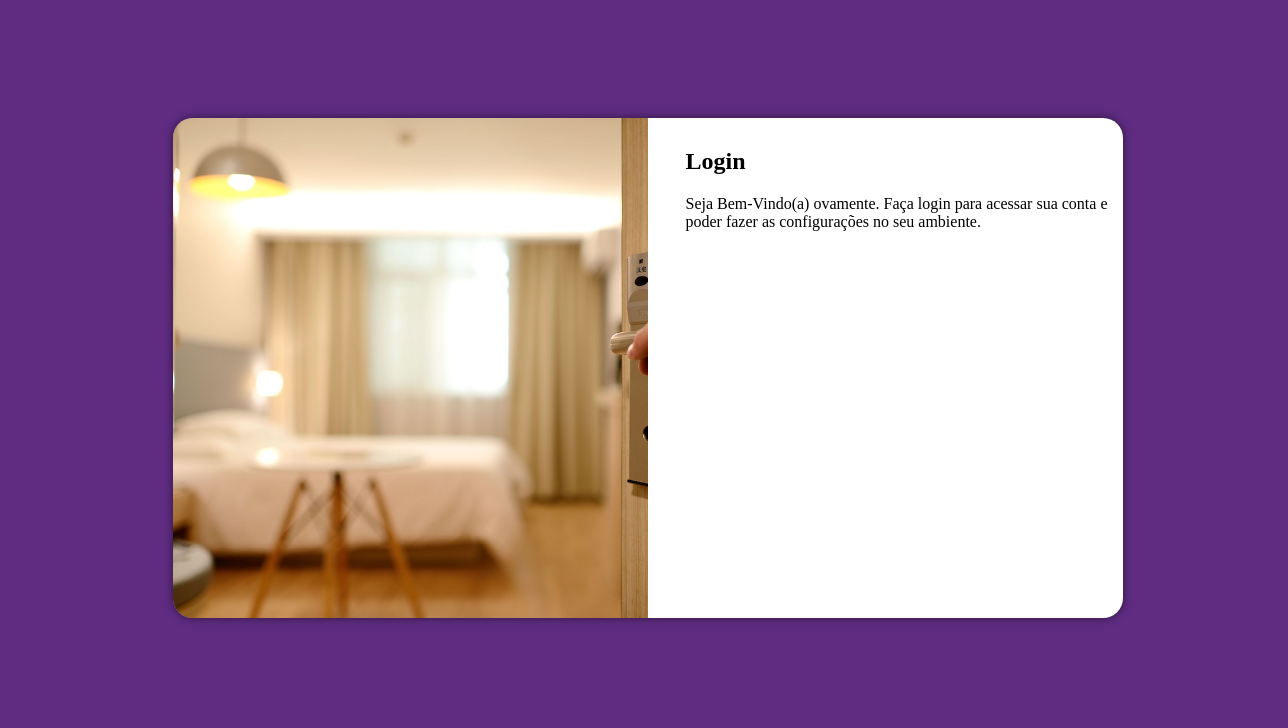
Repository: Guillermomarcon/Projeto-Login
Page: index.html
These files come from the project's save history. The page is drawn as it stood at one moment and after a run of saves; the edit follows.
The browser window is 1280 px wide. The page is 1288 px wide, so the pictures cover 1288 px, including what lies to the right of the window. The pictures show the whole page.

Above is the page before, as saved 2022-09-22 18:55:37.

### index.html
<!DOCTYPE html>
<html lang="pt-br">
<head>
    <meta charset="UTF-8">
    <meta http-equiv="X-UA-Compatible" content="IE=edge">
    <meta name="viewport" content="width=device-width, initial-scale=1.0">
    <title>Login</title>
    <link rel="stylesheet" href="estilos/style.css">
    <link rel="stylesheet" href="estilos/media-query.css">
</head>
<body>
    <main>
        <section id="login">
            <div id="imagem">
            <!--Aqui vai a imagem css-->
            </div>

            <div id="formulario">
                <h1>Login</h1>

                <p>
                    Seja Bem-Vindo(a) ovamente. Faça login para acessar sua conta e poder fazer as configurações no seu ambiente.
                </p>
                <form action="login.php" method="post">


                </form>
            </div>
        </section>
    </main>

</body>
</html>

### estilos/style.css
@charset "utf-8"


/*
Paleta de cores
verde #49a09d
lilas #5f2c82
*/

*{
    font-family:system-ui, -apple-system, BlinkMacSystemFont, 'Segoe UI', Roboto, Oxygen, Ubuntu, Cantarell, 'Open Sans', 'Helvetica Neue', sans-serif;
    padding: 0px;
    margin: 0px;
    box-sizing: border-box;
}

body, html {
    background-color:#5f2c82 ;
    height: 100vh;
    width: 100vw;
}
main {
    position: relative;

    height: 100vh;
    width: 100vw;
}

section#login {
    position: absolute;
    top: 50%;
    left: 50%;
    transform: translate(-50%,-50%);
    background-color:white ;
    width: 250px;
    height: 500px;
    border-radius: 20px;
    overflow: auto;
    box-shadow: 0px 0px 10px rgba(0, 0, 0, 0.527);
    transition: width .3s, height .3s;
    transition-timing-function: ease ;

}

section#login > div#imagem {
    display: block;
    background: #5f2c82 url(../imagens/pexels-pixabay-271639.jpg) no-repeat;
    background-size: cover;
    background-position: left bottom ;
    height: 200px;

}

section#login > div#formulario {
    display: block;
    padding: 10px;

}

### estilos/media-query.css
@charset "UTF-8";

/*
Typical Device Breakpoints
pequenas telas - até 600px
celular- de 600px até 768px
Tablet - 768px até 992px
Desktop - 992px até 1200px
Grandes - acoma de 1200px
*/

@media screen and (min-width: 768px) and (max-width: 992px) {

    body {
        background-image: linear-gradient(to top,#49a09d, #5f2c82 );
    }
    section#login {
        width: 80vw;
    }

    section#login > div#imagem {
        float: left;
        width: 30%;
        height: 100%;
    }

    section#login > div#formulario {
        float: right;
        width: 60%;
    }

}

@media  screen and (min-width: 992px)  {
    section#login {
        width: 950px;
    }

    section#login > div#imagem {
        float: left;
        width: 50%;
        height: 100%;
    }

    section#login > div#formulario {
        float: right;
        width: 45%;
    }



}

After the next 3 saves:
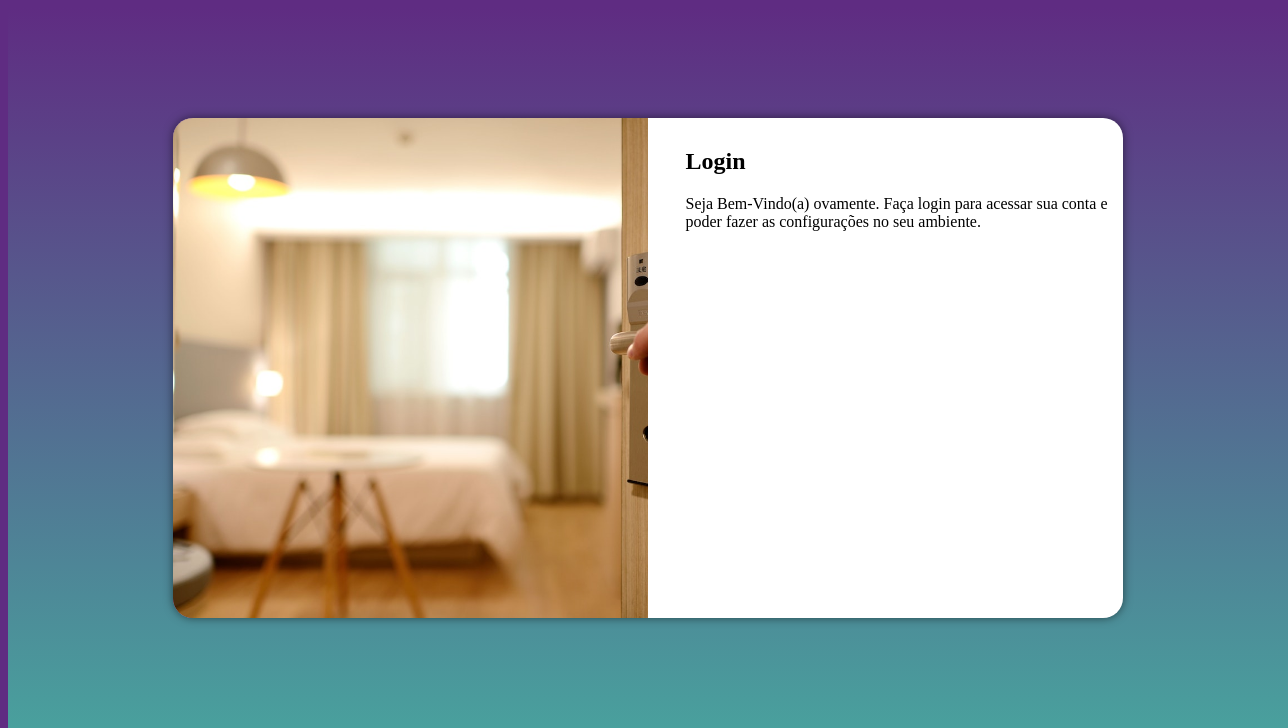
The 3 saves are shown as one change because they came seconds apart.
The last was saved 59 s later.
--- a/estilos/media-query.css
+++ b/estilos/media-query.css
@@ -32,6 +32,11 @@ Grandes - acoma de 1200px
 }
 
 @media  screen and (min-width: 992px)  {
+
+    body {
+        background-image: linear-gradient(to top,#49a09d, #5f2c82 );
+    }
+
     section#login {
         width: 950px;
     }
